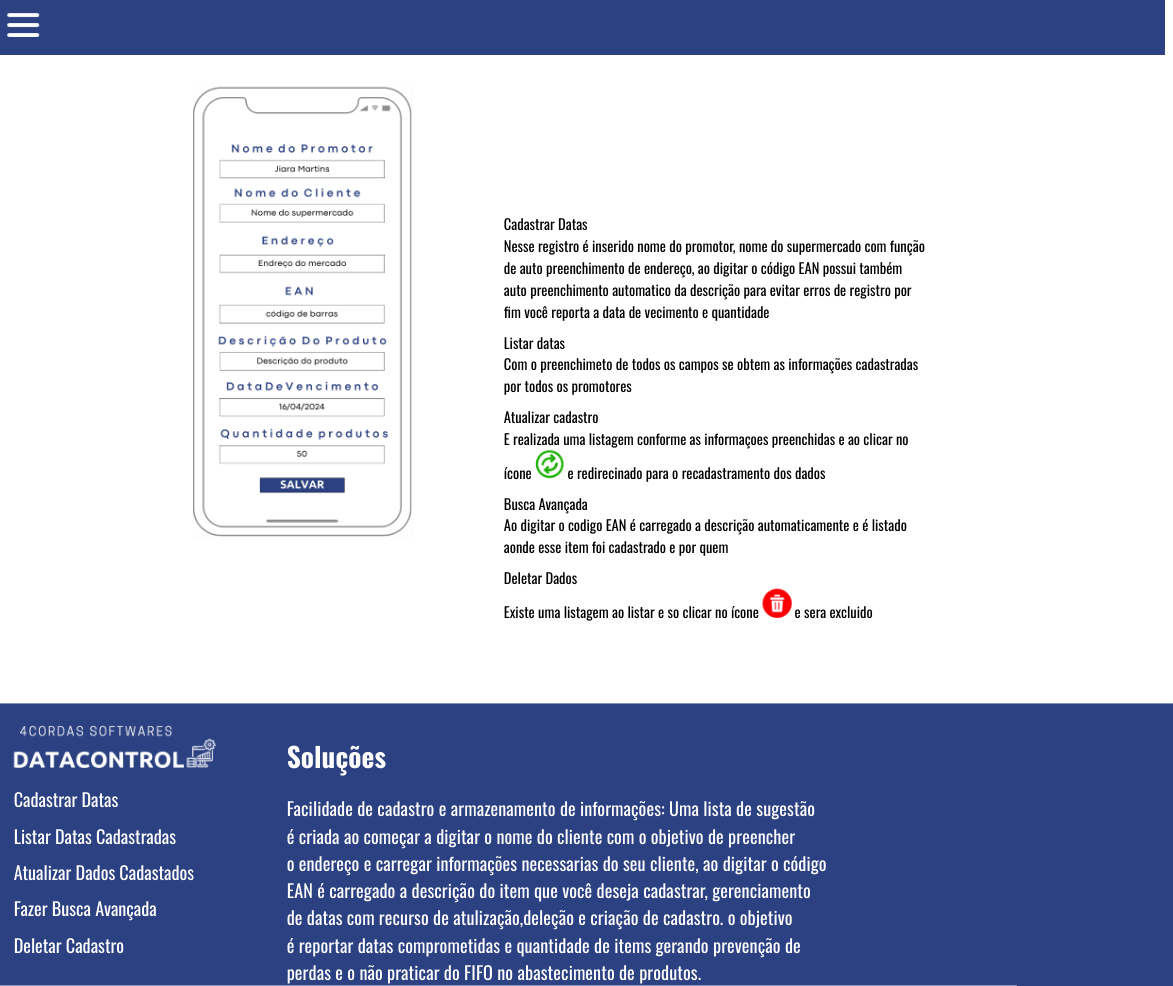
Repository: alfredo-allan/ControleDeDatasFrontEnd
Page: index.html
The author's editor kept a copy of each file at every save. The page is drawn from the files as they stood at one save, then again after the next save.
The browser window is 1280 px wide. The page is 1289 px wide, so the pictures cover 1289 px, including what lies to the right of the window. The pictures show the whole page, at 91% of full size.

Above is the page before, as saved 2024-04-30 14:38:58.
Console error: TypeError: Cannot read properties of null (reading 'addEventListener')

### index.html
<!DOCTYPE html>
<html lang="pt-BR">
  <head>
    <meta charset="UTF-8" />
    <meta name="viewport" content="width=device-width, initial-scale=1.0" />
    <link rel="stylesheet" href="./style/style.css" />
    <link rel="preconnect" href="https://fonts.googleapis.com" />
    <link rel="preconnect" href="https://fonts.gstatic.com" crossorigin />
    <link
      href="https://fonts.googleapis.com/css2?family=Oswald:wght@200..700&display=swap"
      rel="stylesheet"
    />
    <title>Controle de Datas</title>
  </head>
  <body>
    <div class="header">
      <div id="menu-icon">
        <img id="icon-menu" src="./images/barra-de-menu.png" alt="" />
      </div>
      <div id="titulo">
        <!-- <h1>Controle De Datas</h1> -->
      </div>
      <div id="menu-options">
        <ul>
          <!-- <img id="usuario" src="./images/usuario-exemplo.jpg" alt="" /> -->
          <a href="pages/cadastro.html"><li>Cadastrar Datas</li></a>
          <a href="pages/listagem.html"><li>Listar Datas</li></a>
          <a href="pages/atualizar.html"><li>Atualizar Cadastro</li></a>
          <a href="pages/buscaavancada.html"><li>Busca Avançada</li></a>
          <a href="pages/deletar.html"><li>Deletar Dados</li></a>
        </ul>
      </div>
    </div>
    <img id="instrucao" src="./images/CadastrarDatas.png" alt="">
    <div class="coluna">
    <ul>
      <span>Cadastrar Datas</span>
      <li>Nesse registro é inserido nome do promotor, nome do supermercado com função de auto preenchimento de endereço, ao digitar o código EAN possui também auto preenchimento automatico da descrição para evitar erros de registro por fim você reporta a data de vecimento e quantidade</li>
      <span>Listar datas</span>
      <li>Com o preenchimeto de todos os campos se  obtem as informações cadastradas por todos os promotores</li>
      <span>Atualizar cadastro</span>
      <li>E realizada uma listagem conforme as informaçoes preenchidas e ao clicar no ícone <img src="./images/repetir.png" alt=""> e redirecinado para o recadastramento dos dados</li>
      <span>Busca Avançada</span>
      <li>Ao digitar o codigo EAN é carregado a descrição automaticamente e é listado aonde esse item foi cadastrado e por quem</li>
      <span>Deletar Dados</span>
      <li>Existe uma listagem ao listar e so clicar no ícone <img src="./images/excluir.png" alt=""> e sera excluido</li>
    </ul>
    </div>
    </div>
    <div class="footer">
      <div id="mapa" class="col-sm-6">
        <img id="tootext" src="./images/data.png" alt="" />
        <ul id="mapadosite">
          <a href="./pages/cadastro.html"><li>Cadastrar Datas</li></a>
          <a href="./pages/listagem.html"><li>Listar Datas Cadastradas</li></a>
          <a href="./pages/atualizar.html"
            ><li>Atualizar Dados Cadastados</li></a
          >
          <a href="./pages/buscaavancada.html"><li>Fazer Busca Avançada</li></a>
          <a href="./pages/deletar.html"><li>Deletar Cadastro</li></a>
        </ul>
      </div>
      <div id="solucao" class="col-sm-6">
        <span>Soluções</span>
        <p>
          Facilidade de cadastro e armazenamento de informações: Uma lista de
          sugestão <br />
          é criada ao começar a digitar o nome do cliente com o objetivo de
          preencher <br />
          o endereço e carregar informações necessarias do seu cliente, ao
          digitar o código <br />
          EAN é carregado a descrição do item que você deseja cadastrar,
          gerenciamento <br />
          de datas com recurso de atulização,deleção e criação de cadastro. o
          objetivo <br />
          é reportar datas comprometidas e quantidade de items gerando prevenção
          de <br />
          perdas e o não praticar do FIFO no abastecimento de produtos.
        </p>
      </div>
    </div>
  </body>
  <script src="./js/script.js"></script>
</html>

### style/style.css
:root {
  --cor-azul: rgb(44, 65, 129);
  --oswald-font: "Oswald", sans-serif;
  --luthier-font: "Luthier";
}

body {
  font-family: var(--oswald-font);
}

@font-face {
  font-family: "Luthier";
  src: url("../fonts/LuthierFF/Luthier-Regular.ttf") format("truetype");
  /* Adicione mais formatos (e.g. woff, woff2) conforme necessário */
}

#titulo h1 {
  font-family: var(--luthier-font);
  letter-spacing: 3px;
  font-weight: 900;
  color: white;
  margin-top: -30px;
  margin-left: 55px;
}

.column {
  display: flex;
  flex-direction: column;
  align-items: center;
  padding: 10px 20px 15px 15px;
  border: 1px solid #ccc;
  border-radius: 5px;
  width: 300px;
  margin: 0 auto;
  span {
    font-weight: 900;
    font-family: var(--luthier-font);
    letter-spacing: 3px;
    margin-bottom: 10px;
    color: var(--cor-azul);
  }
}

#logo img {
  margin-top: 200px;
  width: 250px;
  margin-left: 50px;
}

#logo {
  h1 {
    text-align: center;
    text-wrap: nowrap;
    font-size: 25px;
    font-family: var(--oswald-font);
    font-weight: 900;
    letter-spacing: 2px;
    color: var(--cor-azul);
  }
}

#form {
  margin-top: 80px;
}

input {
  margin-bottom: 5px;
  padding: 5px;
  width: 100%;
  box-sizing: border-box;
  font-weight: 600;
  margin-bottom: 10px;
}

input::placeholder {
  text-align: center;
  color: gray;
  font-family: var(--oswald-font);
  font-weight: 400;
}

input:focus {
  outline-color: var(--cor-azul); /* Altere a cor aqui */
}

.header {
  position: fixed;
  top: 0;
  left: 0;
  width: 100%;
  height: 60px;
  background-color: var(--cor-azul);
}

#icon-menu {
  width: 35px;
  margin-top: 10px;
  z-index: 1;
  margin-left: 8px;
  cursor: pointer;
}

#menu-options ul {
  list-style: none;
  padding: 0;
  margin-left: 5px;
  font-size: 20px;
  font-weight: 500;
  text-wrap: nowrap;
  font-family: var(--oswald-font);
  z-index: 999;
}

#menu-options ul li {
  padding: 10px;
  letter-spacing: 2px;
  cursor: pointer;
  z-index: 999;
}

a {
  text-decoration: none; /* Remove sublinhado */
  color: inherit; /* Mantém a cor padrão do texto */
  /* Adicione quaisquer outros estilos desejados para o link */
}

#menu-options {
  display: none;
  position: absolute;
  top: 0;
  left: 0;
  margin-top: 60px;
  width: 55%;
  height: 41vh;
  border-bottom-right-radius: 15px;
  background-color: var(--cor-azul);
  color: white;
  font-family: var(--oswald-font);
  font-weight: 900;
  z-index: 999;
}

button {
  text-align: center;
  width: 110px;
  height: 30px;
  padding: 6px 30px;
  background-color: rgba(44, 65, 129, 0.897);
  border-radius: 5px;
  color: white;
  border: none;
  border-radius: 5px;
  cursor: pointer;
  font-family: var(--oswald-font);
}

button:focus {
  outline: 2px solid var(--cor-azul);
}

.footer {
  width: 102%;
  position: relative;
  margin-top: 5%;
  margin-left: -8px;
  margin-bottom: -20px;
  background-color: var(--cor-azul);
}

.footer img {
  width: 300px;
  height: 60px;
  margin-top: 2px;
  cursor: pointer;
  margin-left: 10px;
}

#autocomplete-list-id {
  background-color: #f1f1f1;
  border: 1px solid #d4d4d4;
  color: var(--cor-azul);
  border-top: none;
  max-height: 200px;
  overflow-y: auto;
  position: absolute;
  /* z-index: 999; */
  margin-top: -10px;
  margin-left: 60px;
}

.autocomplete-items div {
  padding: 10px;
  cursor: pointer;
  background-color: #fff;
  border-bottom: 1px solid #d4d4d4;
}

.autocomplete-items div:hover {
  background-color: #e9e9e9;
}

.autocomplete-items div strong {
  font-weight: bold;
}

#data-list {
  margin: 0 auto;
  left: 50%;
  transform: translateX(-50%);
  margin: 0 auto;
  left: 50%;
  top: 60%;
  transform: translate(-50%, -50%);
  /* border: 1px solid var(--cor-azul); */
  color: var(--cor-azul);
  border-radius: 5px;
  max-height: 330px;
  overflow-y: auto;
  position: absolute;
  z-index: -1;
  margin-top: 110px;
  margin-left: 0px;
  width: 336px;
  list-style: none;
  .name {
    font-family: var(--oswald-font);
    font-weight: 900;
    font-size: 17px;
  }
  .item {
    font-family: var(--oswald-font);
    font-weight: 500;
    font-size: 15;
    color: rgb(0, 0, 0);
  }
}

/* #promotor {
  line-height: 60px;
} */

#data-list {
  /* Estilos do elemento #data-list */
  /* Defina outras propriedades conforme necessário */

  scrollbar-color: var(--cor-azul) var(--cor-azul); /* Cor da barra de rolagem e do fundo da barra */
}

#data-list::-webkit-scrollbar {
  width: 10px; /* Largura da barra de rolagem */
}

#data-list::-webkit-scrollbar-thumb {
  background-color: white; /* Cor da barra de rolagem */
  border-radius: 5px; /* Raio de borda da barra de rolagem */
}

#texto-descritivo {
  text-align: justify;
  margin-top: 200px;
  position: fixed;
  font-family: var(--luthier-font);
  letter-spacing: 3px;
  line-height: 2;
  margin-right: 8px;
  font-weight: 900;
  color: var(--cor-azul);
}

#del {
  width: 25px;
  margin: -4px;
  margin-left: 20px;
}

#atualizar {
  width: 25px;
  margin: -5px;
  margin-left: 20px;
}

.video {
  width: 100%;
  height: 100vh; /* Altura ocupando toda a tela */
}

.video video {
  position: fixed;
  top: 0;
  left: 0;
  width: 100%;
  height: 20%;
  object-fit: cover;
  margin-top: 52px;
}

.modal {
  display: none; /* Escondido por padrão */
  position: fixed;
  z-index: 1;
  left: 0;
  top: 0;
  width: 100%;
  height: 100%;
  overflow: auto;
  background-color: rgba(0, 0, 0, 0.4);
}

.modal-content {
  background-color: #fefefe;
  margin: 15% auto;
  padding: 20px;
  border: 2px solid #888;
  width: 80%;
  border-radius: 10px;
  p {
    text-align: center;
    font-family: var(--luthier-font);
    letter-spacing: 3px;
    font-weight: 600;
    color: var(--cor-azul);
  }
}

.close {
  color: #aaa;
  float: right;
  font-size: 28px;
  font-weight: bold;
}

.close:hover,
.close:focus {
  color: black;
  text-decoration: none;
  cursor: pointer;
}

#modalbtn {
  text-align: center;
}

#confirmButton {
  margin-right: 5px;
}

#tootext {
  margin-left: -40px;
  margin-top: 20px;
}

#mapadosite {
  font-family: var(--oswald-font);
  list-style: none;
  margin-top: 0px;
  line-height: 40px;
  text-align: left;
  margin-left: -25px;
  color: white;
  font-size: 20px;
}

#mapa {
  text-align: left;
}

#solucao {
  margin-top: -270px;
  margin-left: 315px;
  font-family: var(--oswald-font);
  letter-spacing: 0.1px;
  color: white;
  span {
    font-size: 30px;
    font-weight: 900;
  }
  p {
    font-size: 20px;
    text-align: left;
  }
}

@media (min-width: 310px) and (max-width: 580px) {
  #solucao {
    margin-top: -10px;
    margin-left: -200px;
    text-align: center;
  }
}

@media (min-width: 310px) and (max-width: 580px) {
  #solucao span {
    margin-left: -30px;
  }
}

@media (min-width: 310px) and (max-width: 580px) {
  #solucao p {
    font-size: 20px;
    text-align: left;
    margin-left: 215px;
  }
}

@media (min-width: 310px) and (max-width: 580px) {
  .footer {
    margin-top: 20%;
    position: absolute;
    margin-left: -8px;
    width: 100%;
    margin-bottom: 0px;
  }
}

.footer_pg {
  position: fixed;
  left: 0;
  bottom: 0;
  width: 100%;
  height: 60px;
  background-color: var(--cor-azul);
}

@media (min-width: 310px) and (max-width: 580px) {
  .footer_pg img {
    margin-left: auto;
    margin-right: auto;
    display: block;
  }
}

#instrucao {
  margin-top: 80px;
  width: 250px;
  margin-left: 200px;
}

@media (min-width: 500px) and (max-width: 1200px) {
  #instrucao {
    margin-left: 20px;
  }
}

.coluna {
  display: flex;
  flex-direction: column;
  justify-content: center;
  margin-left: 40%;
  margin-top: -30%;
  width: 40%;
  li {
    list-style: none;
    margin-bottom: 10px;
  }


}

### js/script.js
document.addEventListener("DOMContentLoaded", function () {
  carregarDados();

  document
    .getElementById("data-vencimento")
    .addEventListener("input", formatarData);

  document.getElementById("ean").addEventListener("input", function () {
    var eanSelecionado = document.getElementById("ean").value;
    preencherDescricaoPorEAN(eanSelecionado);
  });
});

function formatarData() {
  let inputData = document.getElementById("data-vencimento").value;

  let dataFormatada = inputData.replace(/^(\d{2})(\d{2})(\d{2})$/, "$1/$2/$3");

  document.getElementById("data-vencimento").value = dataFormatada;
}

function preencherDescricaoPorEAN(ean) {
  fetch("../frutap.json")
    .then((response) => response.json())
    .then((data) => {
      const mercados = data.mercados;

      for (let mercado of mercados) {
        const produto = mercado.produtos.find(
          (produto) => produto.codigoEAN === ean
        );
        if (produto) {
          document.getElementById("descricao-produto").value =
            produto.descricao;
          return; // Encerra o loop assim que encontrar o produto correspondente
        }
      }

      // Se não encontrou nenhum produto com o código EAN correspondente
      document.getElementById("descricao-produto").value =
        "Produto não encontrado";
    })
    .catch((error) => {
      console.error("Erro ao carregar os dados do arquivo JSON:", error);
    });
}

function carregarDados() {
  fetch("../frutap.json")
    .then((response) => {
      if (response.ok) {
        return response.json();
      } else {
        throw new Error("Erro ao carregar os dados");
      }
    })
    .then((data) => {
      if (data && data.mercados) {
        const mercados = data.mercados.map((mercado) => mercado.nome);
        const codigosEAN = data.mercados.map((mercado) => mercado.codigoEAN);
        const enderecos = data.mercados.map((mercado) => mercado.endereco);

        autocomplete(document.getElementById("nome-cliente"), mercados, data);
        autocomplete(document.getElementById("ean"), codigosEAN);
        autocomplete(
          document.getElementById("endereco-cliente"),
          enderecos,
          data
        );
      } else {
        console.error("Formato de dados inválido");
      }
    })
    .catch((error) => {
      console.error("Erro ao carregar os dados do arquivo JSON:", error);
    });
}
function autocomplete(inp, arr, data) {
  var currentFocus;

  inp.addEventListener("input", function (e) {
    var a,
      b,
      i,
      val = this.value;
    closeAllLists();
    if (!val) {
      return false;
    }
    currentFocus = -1;
    a = document.createElement("DIV");
    a.setAttribute("id", "autocomplete-list-id");
    a.setAttribute("class", "autocomplete-items");
    this.parentNode.appendChild(a);
    for (i = 0; i < arr.length; i++) {
      if (
        arr[i] &&
        arr[i].substr(0, val.length).toUpperCase() == val.toUpperCase()
      ) {
        b = document.createElement("DIV");
        b.innerHTML = "<strong>" + arr[i].substr(0, val.length) + "</strong>";
        b.innerHTML += arr[i].substr(val.length);
        b.innerHTML += "<input type='hidden' value='" + arr[i] + "'>";
        b.addEventListener("click", function (e) {
          inp.value = this.getElementsByTagName("input")[0].value;
          closeAllLists();
          // Preencher o campo de Endereço do mercado ao selecionar o nome do mercado
          var selectedMarket = this.getElementsByTagName("input")[0].value;
          var mercadoSelecionado = data.mercados.find(
            (mercado) => mercado.nome === selectedMarket
          );
          if (mercadoSelecionado) {
            var enderecoCompleto =
              mercadoSelecionado.endereco.rua +
              ", " +
              mercadoSelecionado.endereco.bairro +
              ", " +
              mercadoSelecionado.endereco.cidade +
              ", " +
              mercadoSelecionado.endereco.estado;
            document.getElementById("endereco-cliente").value =
              enderecoCompleto;
          }
        });
        a.appendChild(b);
      }
    }
  });

  function closeAllLists(elmnt) {
    var x = document.getElementsByClassName("autocomplete-items");
    for (var i = 0; i < x.length; i++) {
      if (elmnt != x[i] && elmnt != inp) {
        x[i].parentNode.removeChild(x[i]);
      }
    }
  }

  document.addEventListener("click", function (e) {
    closeAllLists(e.target);
  });
}

const menuIcon = document.getElementById("menu-icon");
const menuOptions = document.getElementById("menu-options");

menuIcon.addEventListener("click", function () {
  if (menuOptions.style.display === "none") {
    menuOptions.style.display = "block";
  } else {
    menuOptions.style.display = "none";
  }
});

document.getElementById("btn-salvar").addEventListener("click", function () {
  const nomePromotor = document.getElementById("nome-promotor").value;
  const nomeCliente = document.getElementById("nome-cliente").value;
  const enderecoCliente = document.getElementById("endereco-cliente").value;
  const ean = document.getElementById("ean").value;
  const descricaoProduto = document.getElementById("descricao-produto").value;
  const dataVencimento = document.getElementById("data-vencimento").value;
  const quantidadeProdutos = document.getElementById(
    "quantidade-produtos"
  ).value;

  fetch("https://v1controledatas.pythonanywhere.com/salvar-dados", {
    method: "POST",
    headers: {
      "Content-Type": "application/json",
    },
    body: JSON.stringify({
      nomePromotor: nomePromotor,
      nomeCliente: nomeCliente,
      enderecoCliente: enderecoCliente,
      ean: ean,
      descricaoProduto: descricaoProduto,
      dataVencimento: dataVencimento,
      quantidadeProdutos: quantidadeProdutos,
    }),
  })
    .then((response) => {
      if (response.ok) {
        // alert("Dados salvos com sucesso!");
      } else {
        throw new Error("Erro ao salvar os dados");
      }
    })
    .catch((error) => {
      console.error("Erro ao salvar os dados:", error);
    });
});

// Selecionando o botão de fechar e o modal

Loaded but not shown: frutap.json (455 lines, source omitted)

After the next save:
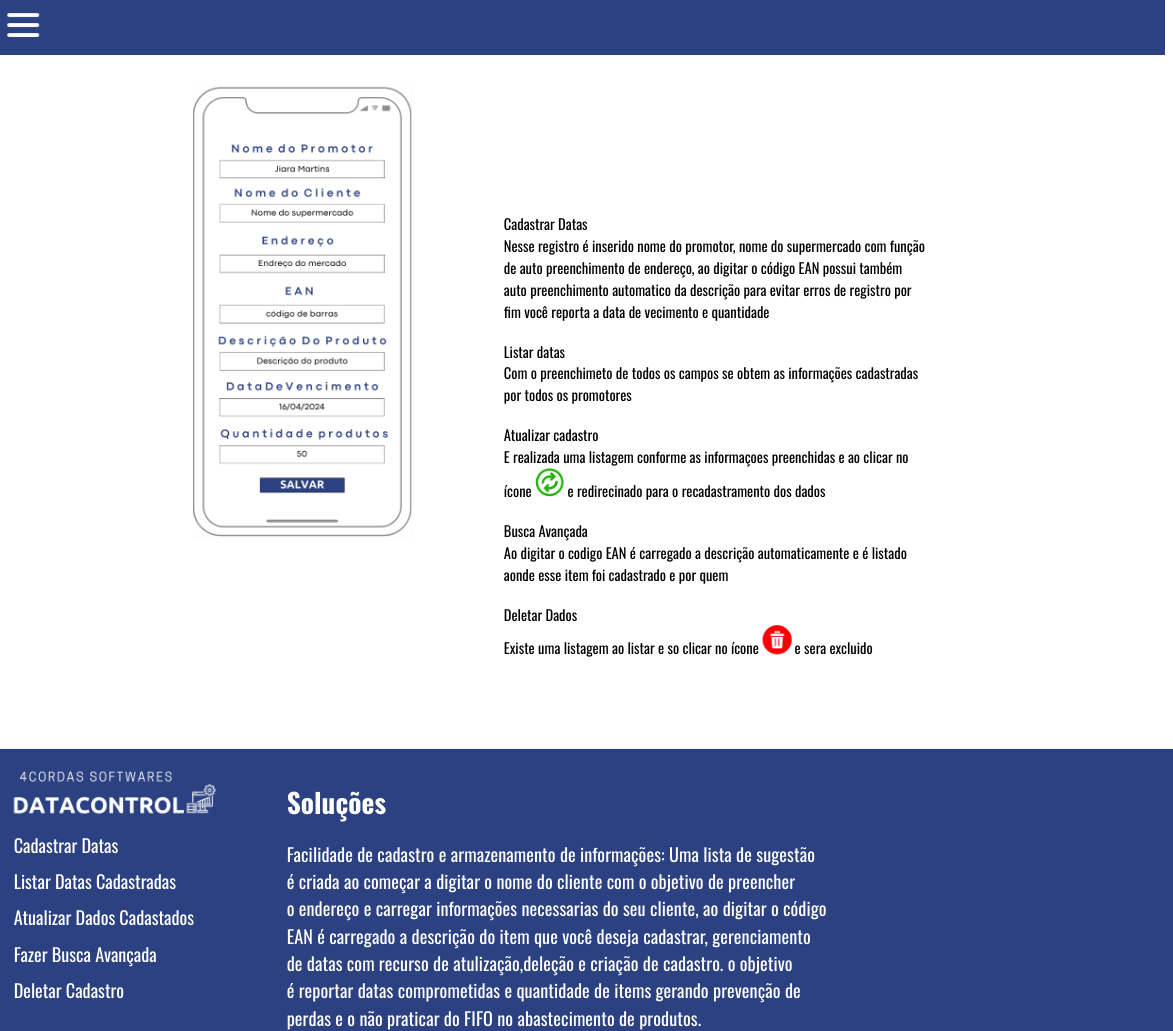
Saved 9 s later.
--- a/style/style.css
+++ b/style/style.css
@@ -450,8 +450,8 @@ button:focus {
   width: 40%;
   li {
     list-style: none;
-    margin-bottom: 10px;
-  }
-
-
-}
+    margin-bottom: 20px;
+  }
+
+
+}
